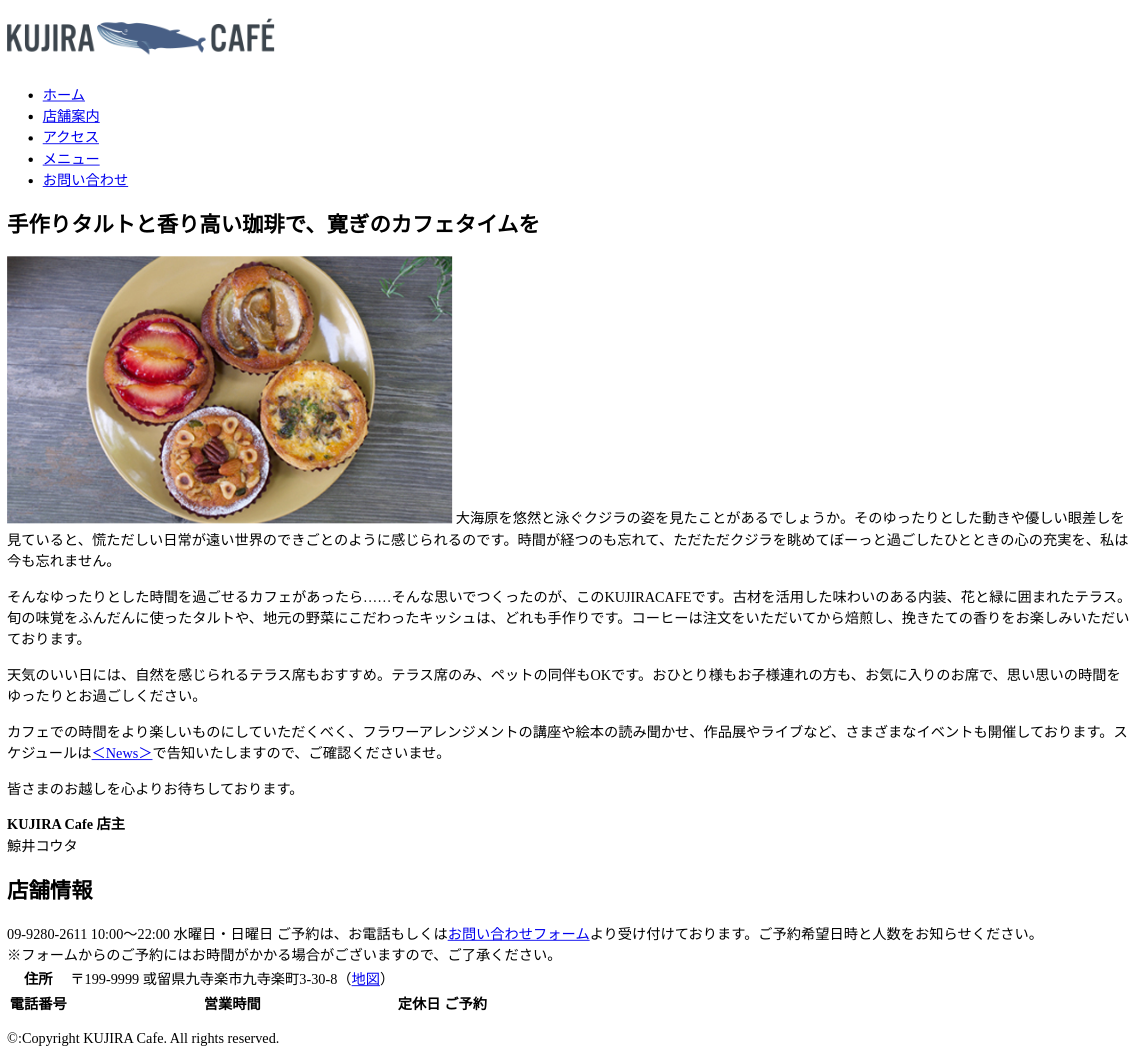
Repository: U-dias/work3
Page: cafe/about.html
The author's editor kept a record of every edit. The page is drawn from the files as they stood at one moment, then again after the next edit.
The browser window is 1280 px wide. The pictures show the whole page, at 89% of full size.

Above is the page before.

After the next edit:
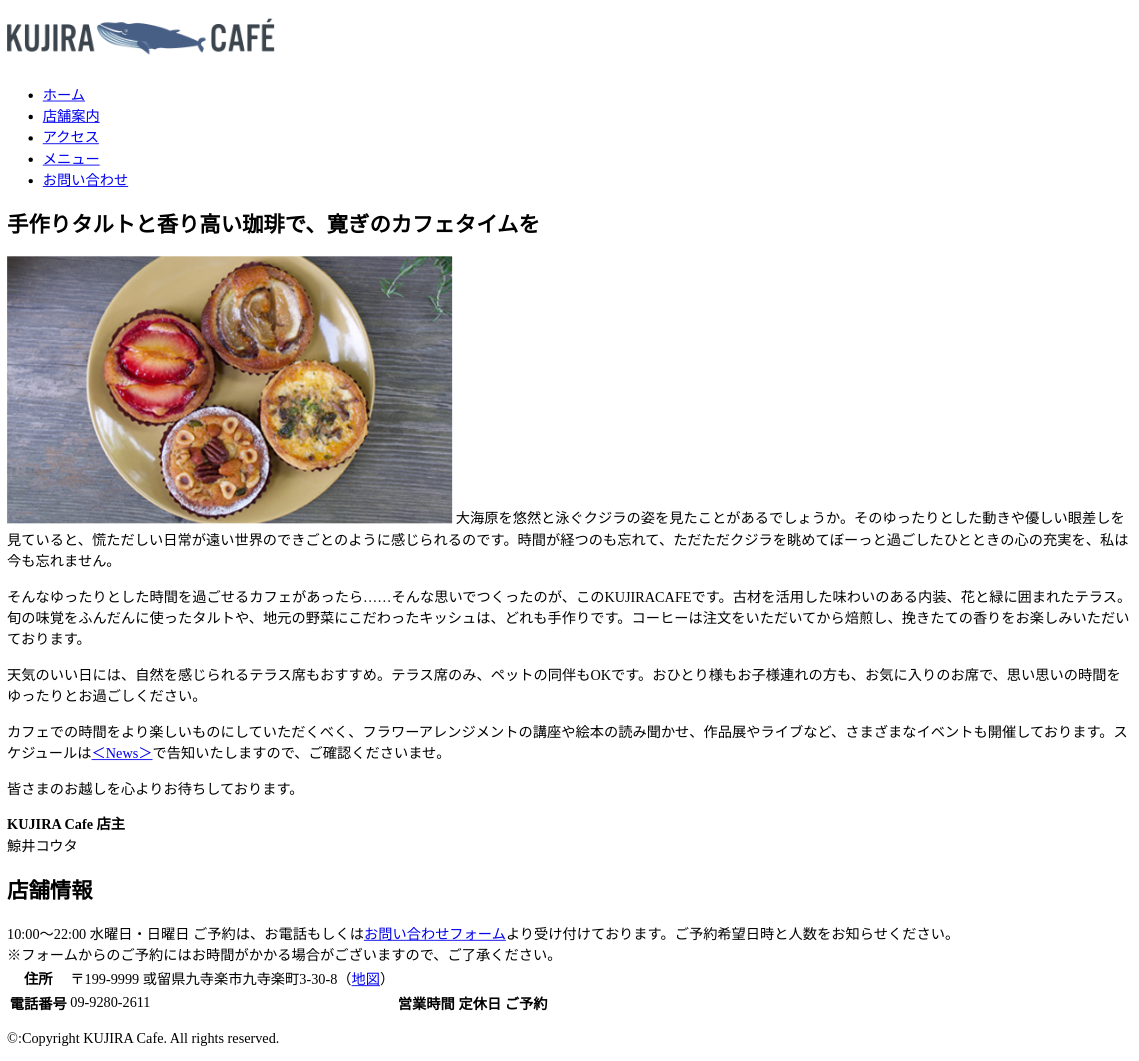
The edit:
--- a/cafe/about.html
+++ b/cafe/about.html
@@ -46,7 +46,7 @@
             </tr>
             <tr>
             <th>電話番号</th>
-09-9280-2611
+            <td>09-9280-2611</td>
 
 <th>営業時間</th>
 10:00～22:00
